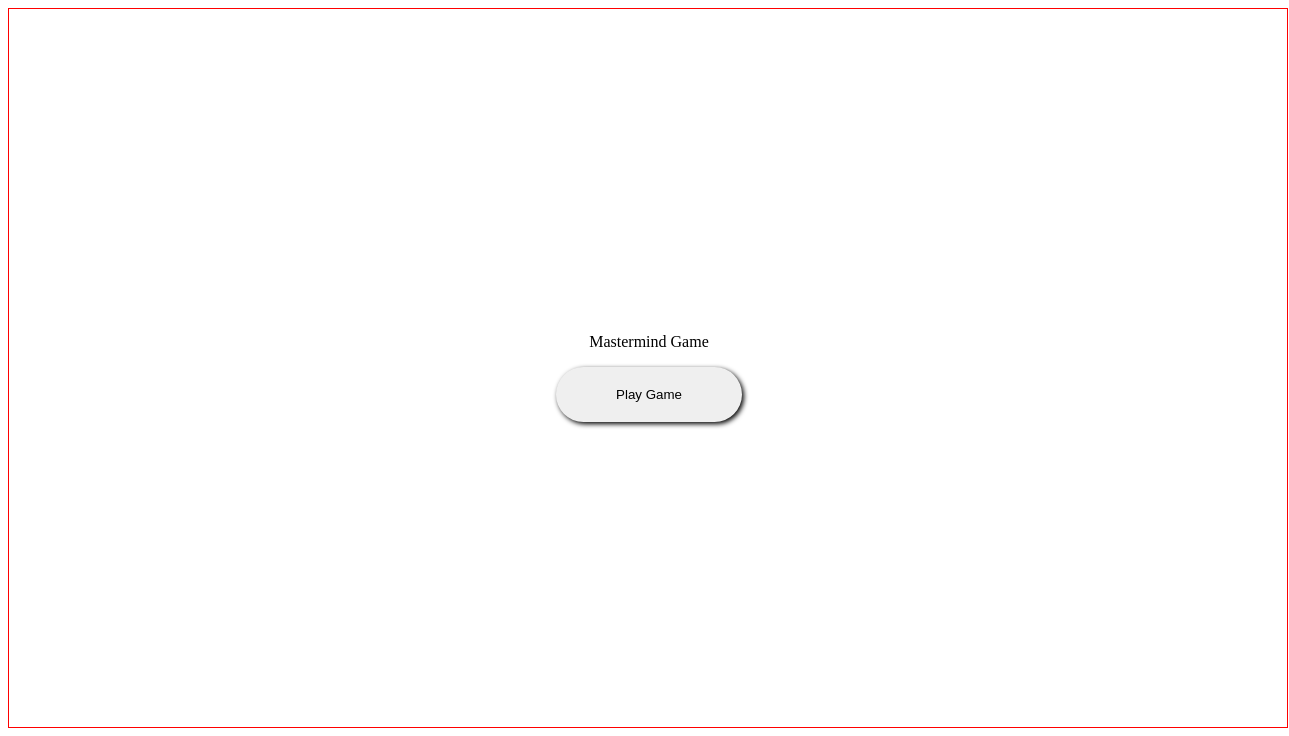
Repository: programmer686/Mastermind-with-Next.js
Page: /
The author's editor kept a copy of each file at every save. The page is drawn from the files as they stood at one save, then again after the next save.
The browser window is 1280 px wide. The page is 1289 px wide, then 1288 px, so the pictures cover 1289 px, including what lies to the right of the window. The pictures show the whole page.
The project was rebuilt for these pictures with package versions that can differ from the ones it lists, and the page was loaded fresh each time. The framework's server and built-in components were replaced by stand-ins that run in the browser. Also part of the build but not shown: next.config.js, src/styles/globals.css.

Above is the page before, as saved 2023-07-15 18:49:34.

### src/pages/index.js
import Head from 'next/head'
import Image from 'next/image'
import { Inter } from 'next/font/google'
import styles from '@/styles/Home.module.css'
import StartScreen from '@/comps/StartScreen'
const inter = Inter({ subsets: ['latin'] })

export default function Home() {
  return (
    <>
      <Head>
        <title>Create Next App</title>
        <meta name="description" content="Generated by create next app" />
        <meta name="viewport" content="width=device-width, initial-scale=1" />
        <link rel="icon" href="/favicon.ico" />
      </Head>
     <main className={styles.index__body}>
        <StartScreen/>
     </main>
    </>
  )
}

### src/styles/Home.module.css


.index__body {
  margin: 0;
  padding: 0;
  box-sizing: border-box;
  width: 100vw;
  height: 100vh;
  border: 1px solid red;
}

### src/comps/StartScreen.js
import styles from '@/styles/StartScreen.module.css'

export default function StartScreen() {
    return (
        <main className={styles.startscreen__body}>
            <p className={styles.startscreen__game_name}>Mastermind Game</p>
            <button className={styles.startscreen__play_button}>Play Game</button>
        </main>
    )
}

### src/styles/StartScreen.module.css
.startscreen__body {
    width: 100vw;
    height: 100vh;
    display: flex;
    flex-direction: column;
    align-items: center;
    justify-content: center;
}

.startscreen__play_button {
    max-width: 300px;
    padding: 20px 60px;
    border: none;
    border-radius: 40px;
    box-shadow: 2px 2px 5px black;

}

Loaded but not shown: src/pages/_app.js (common file); src/pages/_document.js (common file)

After the next save:
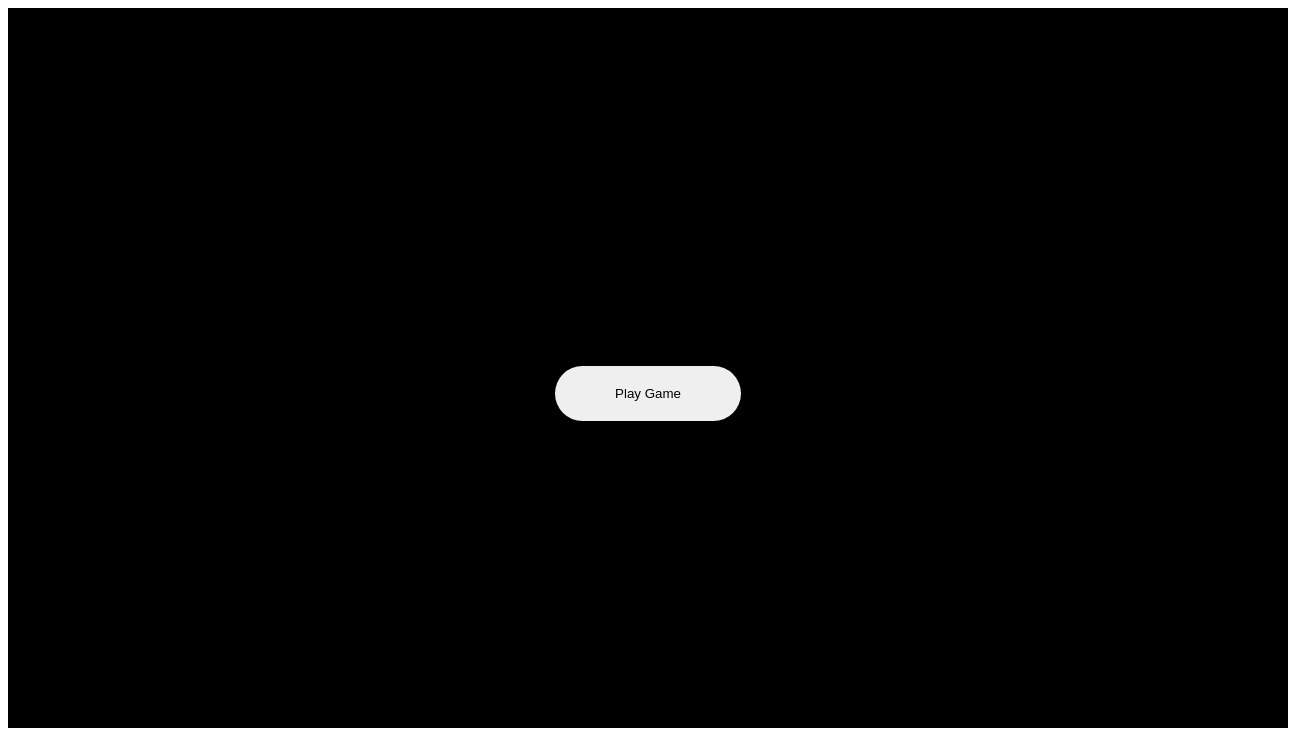
Saved 12 s later.
--- a/src/styles/Home.module.css
+++ b/src/styles/Home.module.css
@@ -6,5 +6,5 @@
   box-sizing: border-box;
   width: 100vw;
   height: 100vh;
-  border: 1px solid red;
+  background-color: black;
 }
